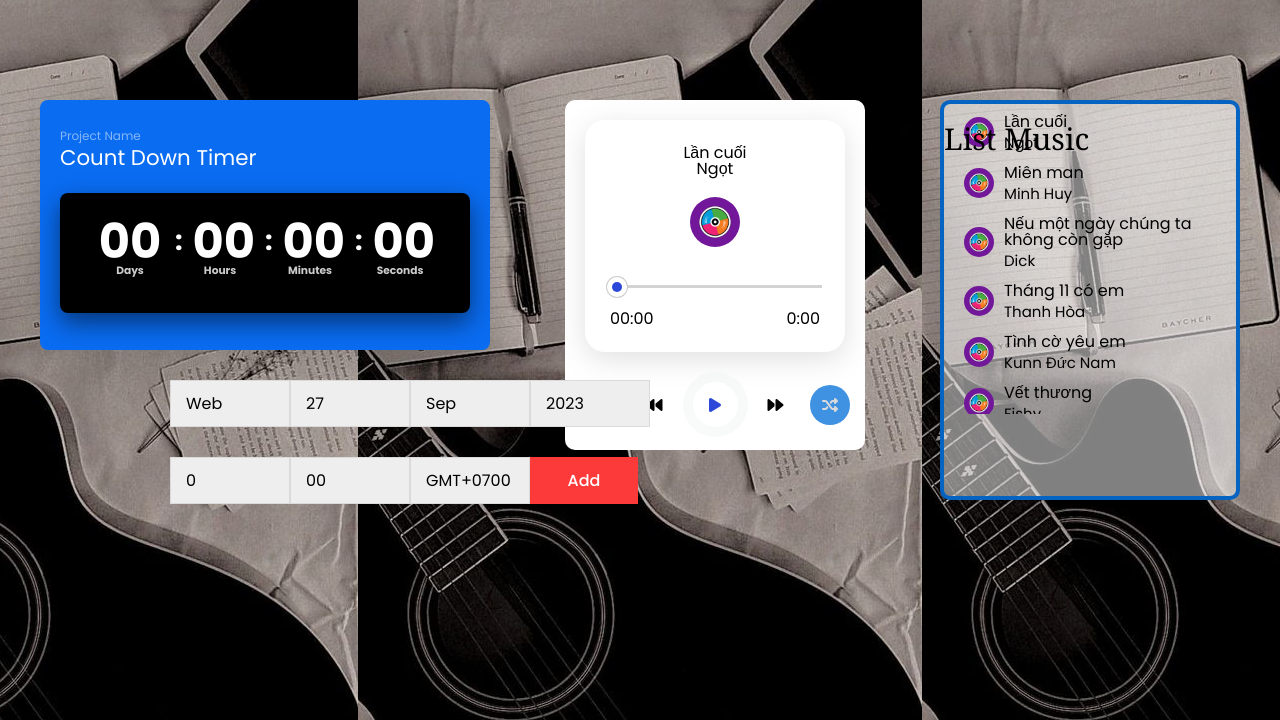
Repository: thuanpham00/CountDownTimer
Page: index.html
The author's editor kept a copy of each file at every save. The page is drawn from the files as they stood at one save, then again after the next save.
The browser window is 1280 px wide. The pictures show the whole page.
Some web libraries are served in a nearby version. The style sheet was rebuilt from its Sass, Less or Tailwind sources for each picture, by a compiler version that may differ from the author's.

Above is the page before, as saved 2023-10-12 22:44:30.

After the next save:
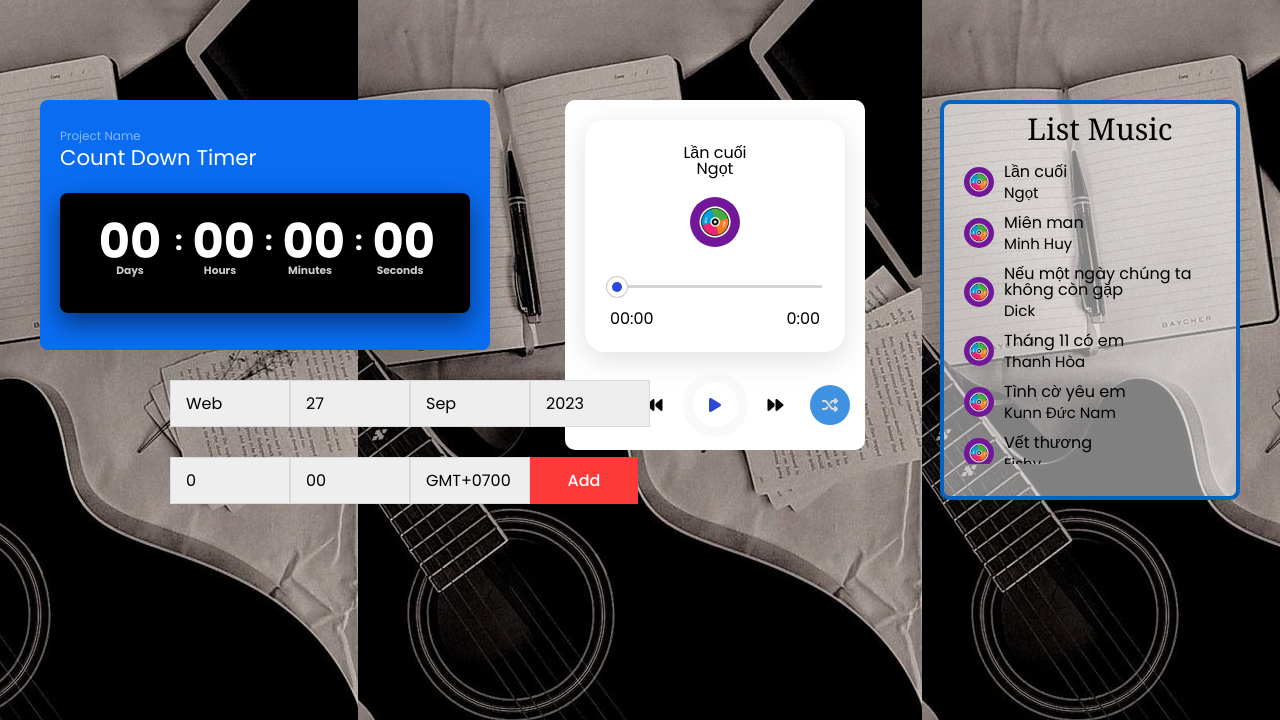
Saved 14 s later.
--- a/scss/main.scss
+++ b/scss/main.scss
@@ -292,16 +292,12 @@ body {
         border-radius: 10px;
         padding: 10px 0 0px 20px;
         border: 4px solid rgb(5, 99, 193);
-        position: relative;
 
         &__title {
-            margin: 10px 0;
             text-align: center;
             font-family: Cambria, Cochin, Georgia, Times, 'Times New Roman', serif;
             font-size: 3rem;
             margin-bottom: 20px;
-            position: absolute;
-            left: 0
 
         }
 
